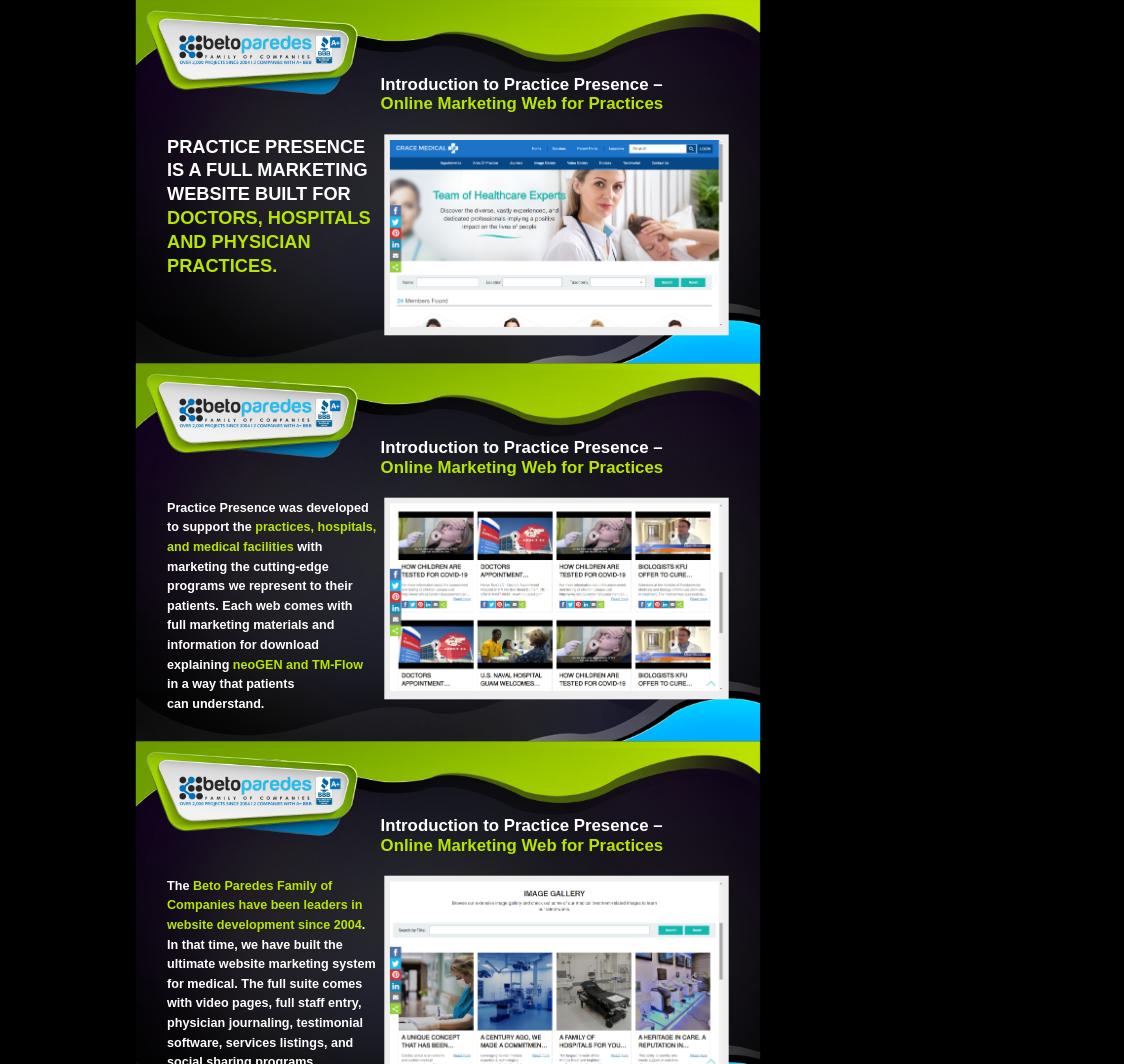
Repository: koushikbiswas/Beto_Paredes_Family_Opportunities_Intro_Deck
Page: slide29.html
These files come from the project's save history. The page is drawn as it stood at one moment and after the next save; the edit follows.
The browser window is 1280 px wide. The page is 1280 px wide, then 1605 px, so the pictures cover 1605 px, including what lies to the right of the window. The pictures show the part of the page from y = 0 to 1520 px (the page is 2614 px tall before and 3700 px after), at 70% of full size.

Above is the page before, as saved 2021-12-21 18:14:25.

After the next save:
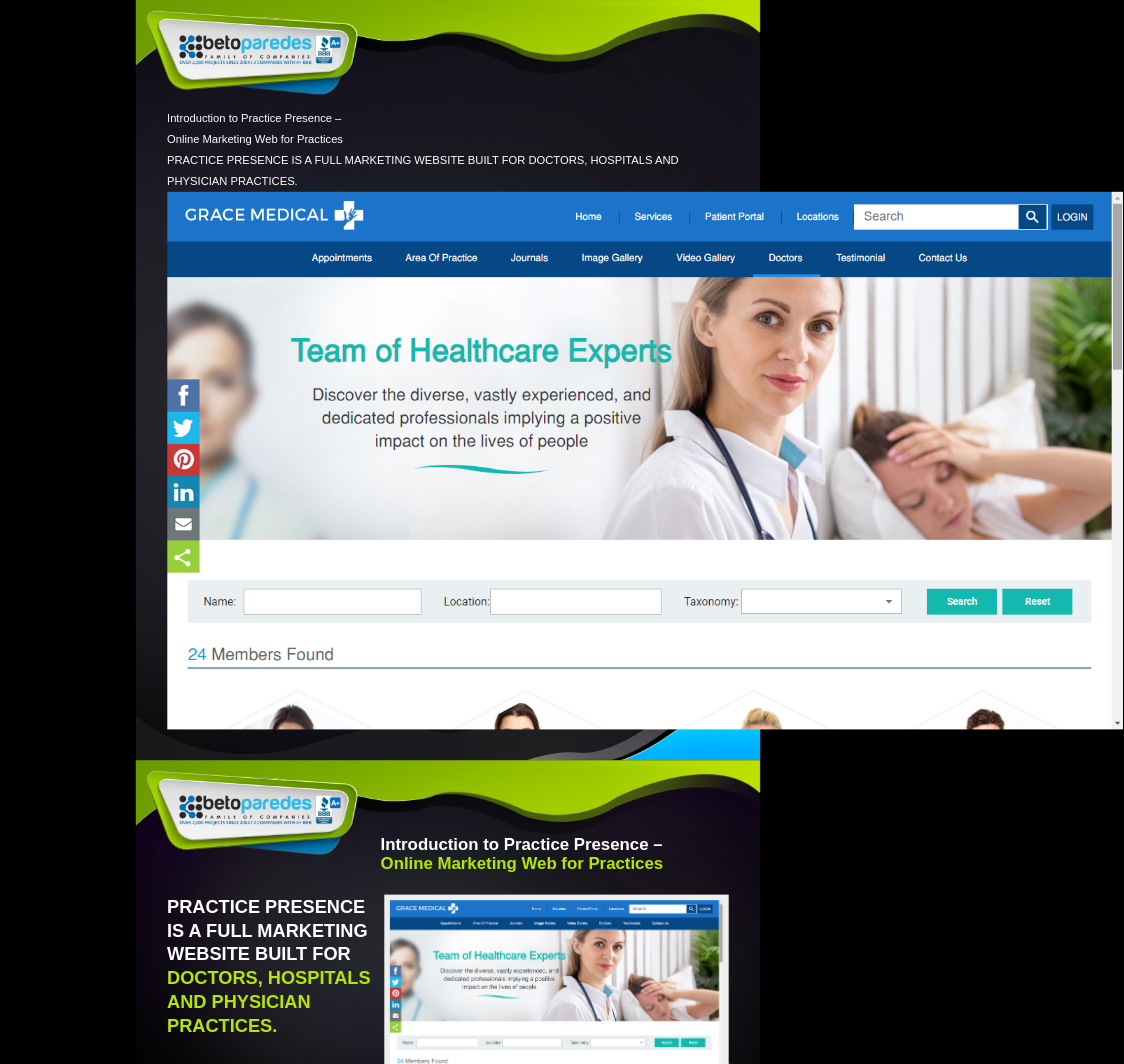
Saved 68 s later.
--- a/slide29.html
+++ b/slide29.html
@@ -8,6 +8,33 @@
     <link rel="stylesheet" href="assets/css/slide.css">
 </head>
 <body>
+    <!-- -----------START SLIDE 24 HTML----------- -->
+    <div class="pdfhomepagemain slide24">
+        <div class="pdfmaincontainer">
+            <div class="pdfheaderblock">
+                <div class="pdfheaderblockinner">
+                    <div class="pdflogowrapper">
+                        <img src="assets/images/common/pdflogo.png" alt="logo">
+                    </div>
+                </div>
+            </div>
+            <div class="pdfmaincontent">
+                <div class="pdfmaincontentinner">
+                    <p>Introduction to Practice Presence – <br><span>Online Marketing Web for Practices</span></p>
+                    <div class="pdfmaincontentinnerbottom">
+                        <div class="pdfmaincontentinnerbottominner">
+                            <p>PRACTICE PRESENCE IS A FULL MARKETING WEBSITE BUILT FOR <span>DOCTORS, HOSPITALS AND PHYSICIAN PRACTICES.</span></p>
+                        </div>
+                        <div class="pdfmainimgwrapper">
+                            <img src="assets/images/slide25-screenimg.png" alt="slide25 screenimg">
+                        </div>
+                    </div>
+                </div>
+            </div>
+            <div class="pdffooterblock">
+            </div>
+        </div>
+    </div> <!-------------END SLIDE 24 HTML------------->
     <!-- -----------START SLIDE 25 HTML----------- -->
     <div class="pdfhomepagemain slide25">
         <div class="pdfmaincontainer">
